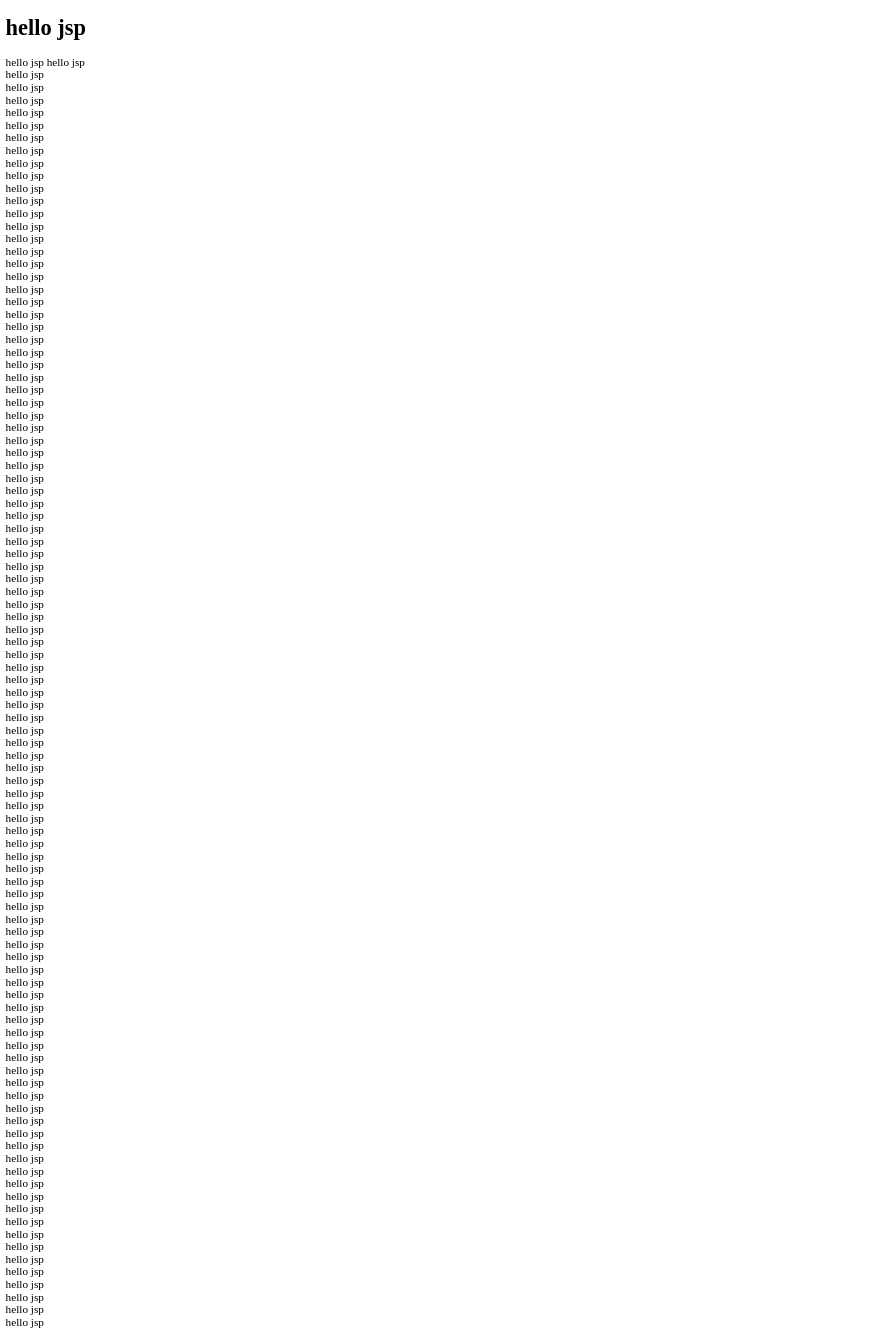
Repository: nimxxs/jsp
Page: http://localhost/jsp01/hello.jsp
The author's editor kept a copy of each file at every save. The page is drawn from the files as they stood at one save, then again after the next save.
The browser window is 1280 px wide. The pictures show the whole page, at 70% of full size.
The page is served by Tomcat 9.

Above is the page before, as saved 2023-06-02 01:15:09.

After the next save:
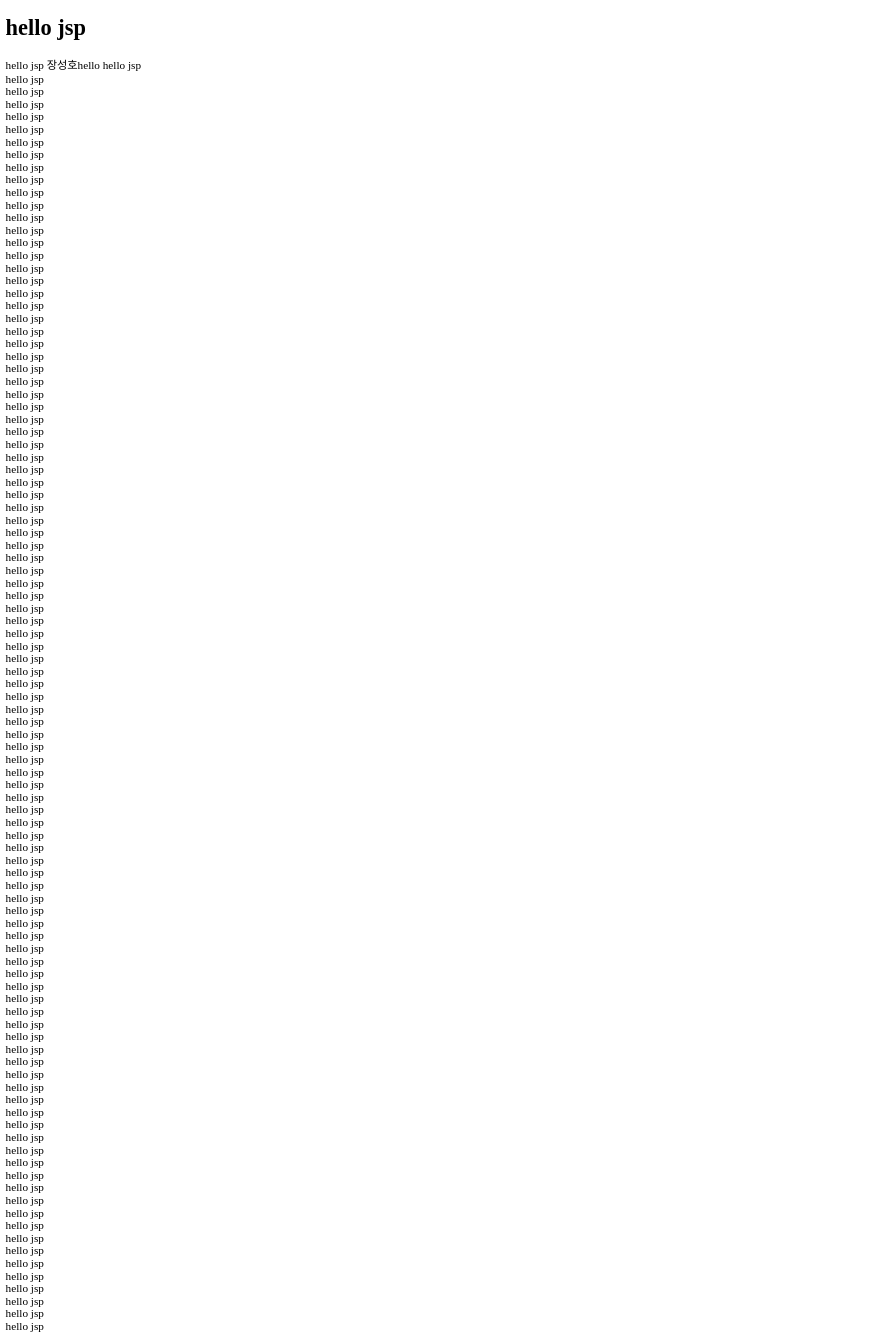
Saved 34 s later.
--- a/jsp01/src/main/webapp/hello.jsp
+++ b/jsp01/src/main/webapp/hello.jsp
@@ -14,6 +14,7 @@
 	<h1>hello jsp</h1>
 	<%
 		out.println("hello jsp");
+		out.println(name+msg);
 		for(int i=0; i<=100; i++){
 			out.println("hello jsp <br>");
 		}
